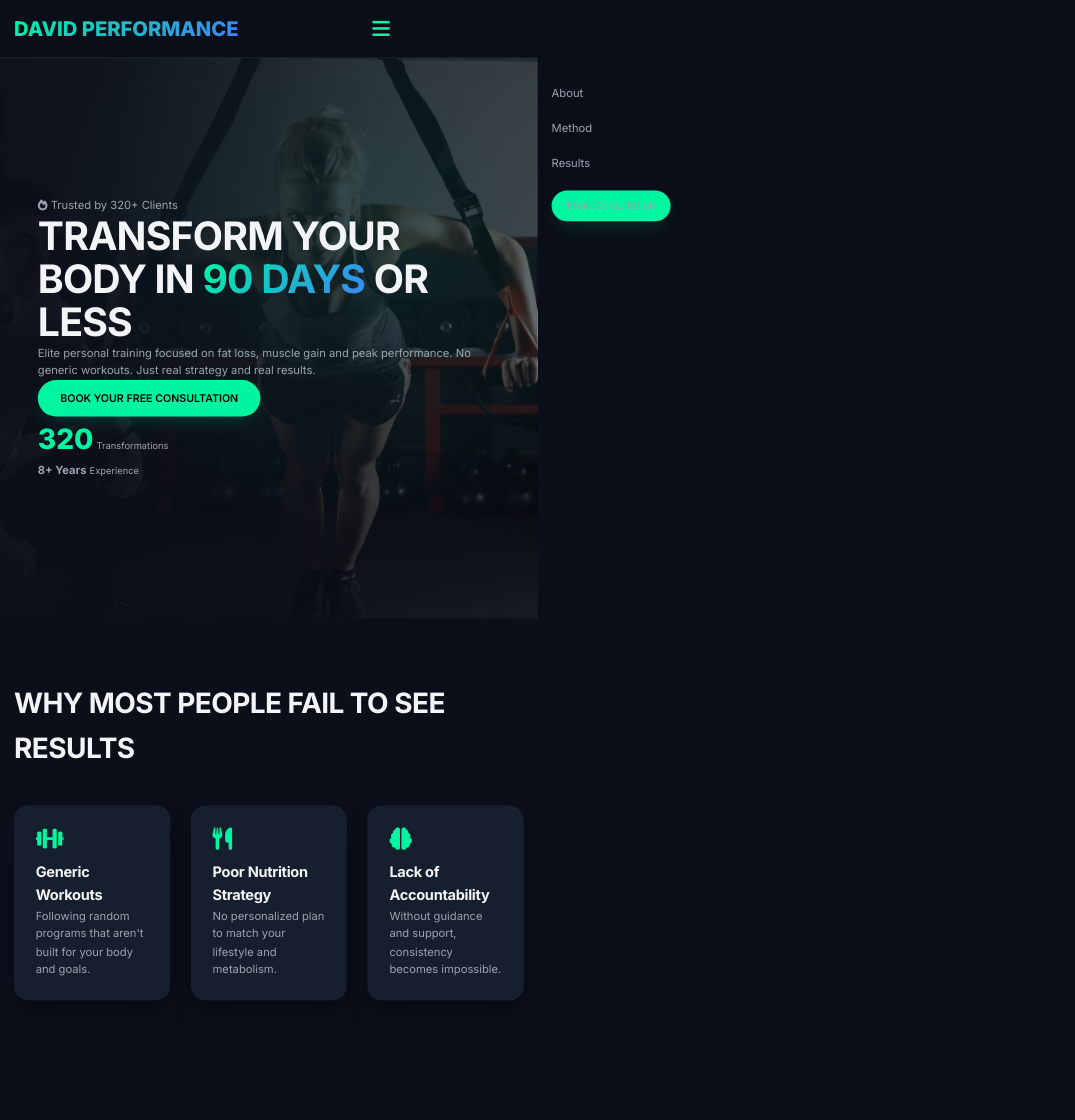
Repository: davidfsillva/Landing-page-pro
Page: index.html
An editor plug-in stored every save of this project. The page is shown before and after the next save, followed by the edit.
The browser window is 768 px wide. The page is 1536 px wide, so the pictures cover 1536 px, including what lies to the right of the window. The pictures show the part of the page from y = 0 to 1600 px (the page is 3935 px tall), at 70% of full size.

Above is the page before, as saved 2026-02-24 20:47:09.

### index.html
<!DOCTYPE html>
<html lang="en">
<head>
    <!-- ================= BASIC META ================= -->
    <meta charset="UTF-8">
    <meta name="viewport" content="width=device-width, initial-scale=1.0, maximum-scale=5.0">
    <meta name="robots" content="index, follow">
    <link rel="canonical" href="https://www.davidperformance.com">

    <!-- ================= SEO ================= -->
    <title>David Performance | Elite Personal Trainer</title>
    <meta name="description" content="Elite personal training focused on fat loss, muscle building and peak performance. Customized programs, strategic nutrition and real accountability. Book your free fitness consultation today.">

    <!-- ================= OPEN GRAPH ================= -->
    <meta property="og:title" content="David Performance | Transform Your Body in 90 Days">
    <meta property="og:description" content="Personalized training programs with proven results. Limited spots available.">
    <meta property="og:type" content="website">
    <meta property="og:image" content="https://placehold.co/1200x630/0B1020/00FF99?text=DAVID+PERFORMANCE">
    <meta property="og:url" content="https://www.davidperformance.com">
    <meta name="twitter:card" content="summary_large_image">

    <!-- ================= FONTS ================= -->
    <link rel="preconnect" href="https://fonts.googleapis.com">
    <link href="https://fonts.googleapis.com/css2?family=Inter:wght@300;400;600;700;800&display=swap" rel="stylesheet">

    <!-- Icons -->
    <link rel="stylesheet" href="https://cdnjs.cloudflare.com/ajax/libs/font-awesome/6.0.0-beta3/css/all.min.css">

    <!-- CSS -->
    <link rel="stylesheet" href="style.css">

    <!-- ================= PIXEL / TRACKING ================= -->
    <!-- Add Meta Pixel or Google Tag Manager here -->
</head>

<body>

<header>
    <div class="container header-flex">
        <div class="logo">DAVID PERFORMANCE</div>

        <button class="menu-toggle" id="menuToggle" aria-label="Open Menu">
            <i class="fas fa-bars"></i>
        </button>

        <nav>
            <ul class="nav-menu" id="navMenu">
                <li><a href="#about">About</a></li>
                <li><a href="#method">Method</a></li>
                <li><a href="#results">Results</a></li>
                <li><a href="#contact" class="btn btn-primary" style="padding:10px 22px;">
                    Free Consultation
                </a></li>
            </ul>
        </nav>
    </div>
</header>

<main>

<!-- ================= HERO ================= -->
<section class="hero-nova" id="home">
    <div class="hero-overlay"></div>

    <div class="container hero-content">

        <div class="hero-badge reveal">
            <i class="fas fa-fire"></i>
            Trusted by 320+ Clients
        </div>

        <h1 class="reveal">
            TRANSFORM YOUR BODY IN
            <span class="gradient-text">90 DAYS</span>
            OR LESS
        </h1>

        <p class="reveal">
            Elite personal training focused on fat loss, muscle gain and peak performance.
            No generic workouts. Just real strategy and real results.
        </p>

        <div class="hero-cta reveal">
            <a href="#contact" class="btn btn-primary btn-hero">
                BOOK YOUR FREE CONSULTATION
            </a>
        </div>

        <div class="hero-proof reveal">
            <div class="proof-item">
                <span class="counter-number" data-target="320">0</span>
                <small>Transformations</small>
            </div>

            <div class="proof-divider"></div>

            <div class="proof-item">
                <strong>8+ Years</strong>
                <small>Experience</small>
            </div>
        </div>

    </div>
</section>

<!-- ================= ABOUT ================= -->
<section id="about">
    <div class="container">
        <h2 class="reveal">WHY MOST PEOPLE FAIL TO SEE RESULTS</h2>

        <div class="cards-grid">
            <article class="card reveal">
                <i class="fas fa-dumbbell"></i>
                <h3>Generic Workouts</h3>
                <p>Following random programs that aren't built for your body and goals.</p>
            </article>

            <article class="card reveal">
                <i class="fas fa-utensils"></i>
                <h3>Poor Nutrition Strategy</h3>
                <p>No personalized plan to match your lifestyle and metabolism.</p>
            </article>

            <article class="card reveal">
                <i class="fas fa-brain"></i>
                <h3>Lack of Accountability</h3>
                <p>Without guidance and support, consistency becomes impossible.</p>
            </article>
        </div>
    </div>
</section>

<!-- ================= METHOD ================= -->
<section id="method" class="problema">
    <div class="container">
        <h2 class="reveal">THE DAVID PERFORMANCE METHOD</h2>

        <div class="solucao-item reveal">
            <strong>1. Full Fitness Assessment</strong>
            <p>We evaluate your body composition, strength level and goals.</p>
        </div>

        <div class="solucao-item reveal">
            <strong>2. Fully Customized Training Plan</strong>
            <p>Designed specifically for fat loss, muscle growth or performance.</p>
        </div>

        <div class="solucao-item reveal">
            <strong>3. Strategic Nutrition Guidance</strong>
            <p>Simple, sustainable and effective meal structure.</p>
        </div>

        <div class="solucao-item reveal">
            <strong>4. Weekly Accountability & Support</strong>
            <p>Ongoing tracking and direct communication.</p>
        </div>
    </div>
</section>

<!-- ================= RESULTS ================= -->
<section id="results">
    <div class="container">
        <h2 class="reveal">CLIENT RESULTS</h2>

        <div class="depoimentos-grid">

            <div class="depoimento-card reveal">
                <p>"I lost 28 pounds in 4 months and gained confidence I never had before."</p>
                <div class="autor">— Michael R.</div>
            </div>

            <div class="depoimento-card reveal">
                <p>"Best investment I’ve made for my health. Completely transformed my body."</p>
                <div class="autor">— Sarah T.</div>
            </div>

            <div class="depoimento-card reveal">
                <p>"Structured, professional and motivating. Results speak for themselves."</p>
                <div class="autor">— Daniel K.</div>
            </div>

        </div>
    </div>
</section>

<!-- ================= AUTHORITY ================= -->
<section>
    <div class="container">
        <h2 class="reveal">WHY TRAIN WITH ME?</h2>

        <div class="cards-grid">
            <div class="card reveal">
                <h3>Certified Trainer</h3>
                <p>Professional certification and proven methodology.</p>
            </div>

            <div class="card reveal">
                <h3>Data-Driven Approach</h3>
                <p>Training decisions based on performance metrics.</p>
            </div>

            <div class="card reveal">
                <h3>Real Accountability</h3>
                <p>You won’t do this alone. Structured follow-up every week.</p>
            </div>
        </div>
    </div>
</section>

<!-- ================= CONTACT / CTA ================= -->
<section id="contact" class="cta-final">
    <div class="container">
        <h2 class="reveal">BOOK YOUR FREE FITNESS CONSULTATION</h2>

        <p class="reveal">
            Limited availability each week for personalized coaching.
        </p>

        <form id="leadForm" class="cta-form reveal" novalidate>
            <input type="text" id="name" placeholder="Full Name" required>
            <input type="email" id="email" placeholder="Email Address" required>
            <input type="tel" id="phone" placeholder="Phone Number" required>

            <button type="submit" class="btn btn-primary">
                SCHEDULE MY CONSULTATION
            </button>

            <div id="formFeedback"></div>
        </form>
    </div>
</section>

</main>

<footer>
    <div class="container footer-grid">

        <div>
            <div class="logo" style="-webkit-text-fill-color:white;">DAVID PERFORMANCE</div>
            <p style="margin:16px 0;">
                Elite coaching for serious results.
            </p>
        </div>

        <div>
            <h4>Navigation</h4>
            <a href="#about">About</a>
            <a href="#method">Method</a>
            <a href="#results">Results</a>
        </div>

        <div>
            <h4>Legal</h4>
            <a href="#">Privacy Policy</a>
            <a href="#">Terms of Service</a>
        </div>

        <div>
            <h4>Contact</h4>
            <a href="#"><i class="fab fa-instagram"></i> @davidperformance</a>
            <a href="#"><i class="fab fa-whatsapp"></i> +1 (555) 123-4567</a>
        </div>

    </div>

    <div style="text-align:center; margin-top:40px; color:#4A5578;">
        © 2026 David Performance. All rights reserved.
    </div>
</footer>

<script src="script.js" defer></script>

</body>
</html>

### style.css
/* =======================================================
   RESET
======================================================= */
*,
*::before,
*::after {
    margin: 0;
    padding: 0;
    box-sizing: border-box;
}

:root {

    /* Colors */
    --bg-primary: #0B0F1A;
    --bg-secondary: #111827;
    --bg-card: #161F2E;

    --text-light: #F3F4F6;
    --text-dim: #9CA3AF;

    --accent-primary: #00F5A0;
    --accent-secondary: #3B82F6;
    --accent-glow: rgba(0,245,160,0.25);

    --border-color: #1F2937;

    /* UI */
    --radius: 20px;
    --radius-lg: 28px;

    --shadow-card: 0 20px 40px -15px rgba(0,0,0,0.6);
    --shadow-strong: 0 25px 60px -20px rgba(0,245,160,0.2);

    --transition: all .35s cubic-bezier(.2,.8,.2,1);

    --font: 'Inter', sans-serif;
}

html {
    scroll-behavior: smooth;
}

body {
    font-family: var(--font);
    background: var(--bg-primary);
    color: var(--text-dim);
    line-height: 1.6;
    -webkit-font-smoothing: antialiased;
}

/* =======================================================
   TYPOGRAPHY
======================================================= */
h1, h2, h3, h4 {
    color: var(--text-light);
    font-weight: 700;
    letter-spacing: -0.02em;
}

h1 {
    font-size: 2.6rem;
    line-height: 1.1;
}

h2 {
    font-size: 2rem;
    margin-bottom: 1.2rem;
}

h3 {
    font-size: 1.3rem;
}

p {
    font-size: 1rem;
}

.gradient-text {
    background: linear-gradient(135deg, var(--accent-primary), var(--accent-secondary));
    -webkit-background-clip: text;
    -webkit-text-fill-color: transparent;
}

/* =======================================================
   LAYOUT
======================================================= */
.container {
    width: 100%;
    max-width: 1200px;
    margin: 0 auto;
    padding: 0 20px;
}

section {
    padding: 90px 0;
    position: relative;
}

/* =======================================================
   BUTTONS
======================================================= */
.btn {
    display: inline-flex;
    align-items: center;
    justify-content: center;
    padding: 14px 32px;
    border-radius: 50px;
    font-weight: 600;
    font-size: 0.95rem;
    cursor: pointer;
    transition: var(--transition);
    text-decoration: none;
    border: none;
}

.btn-primary {
    background: var(--accent-primary);
    color: #000;
    box-shadow: 0 10px 30px -10px var(--accent-glow);
}

.btn-primary:hover {
    transform: translateY(-3px) scale(1.04);
    box-shadow: 0 20px 40px -10px var(--accent-glow);
}

.btn-primary:active {
    transform: scale(0.97);
}

.btn-outline {
    background: transparent;
    border: 1px solid var(--accent-primary);
    color: var(--accent-primary);
}

.btn-outline:hover {
    background: rgba(0,245,160,0.1);
}

/* =======================================================
   HEADER
======================================================= */
header {
    position: sticky;
    top: 0;
    z-index: 1000;
    background: rgba(11,15,26,0.85);
    backdrop-filter: blur(12px);
    border-bottom: 1px solid var(--border-color);
    padding: 18px 0;
}

.header-flex {
    display: flex;
    justify-content: space-between;
    align-items: center;
}

.logo {
    font-size: 1.8rem;
    font-weight: 800;
    background: linear-gradient(135deg, var(--accent-primary), var(--accent-secondary));
    -webkit-background-clip: text;
    -webkit-text-fill-color: transparent;
}

.nav-menu {
    display: flex;
    list-style: none;
    gap: 32px;
}

.nav-menu a {
    text-decoration: none;
    color: var(--text-dim);
    font-weight: 500;
    transition: .3s;
}

.nav-menu a:hover {
    color: var(--accent-primary);
}

.menu-toggle {
    display: none;
    font-size: 1.8rem;
    background: none;
    border: none;
    color: var(--accent-primary);
    cursor: pointer;
}

/* =======================================================
   HERO NOVA
======================================================= */
.hero-nova {
    position: relative;
    min-height: 100vh;
    display: flex;
    align-items: center;
    background: url("img/hero.webp") center center / cover no-repeat;
    overflow: hidden;
}

.hero-nova::after {
    content: "";
    position: absolute;
    inset: 0;
    background: radial-gradient(circle at 70% 30%, rgba(0,245,160,0.08), transparent 60%);
}

.hero-overlay {
    position: absolute;
    inset: 0;
    background: linear-gradient(
        90deg,
        rgba(11,15,26,0.95) 20%,
        rgba(11,15,26,0.85) 50%,
        rgba(11,15,26,0.6) 100%
    );
}

.hero-content {
    position: relative;
    z-index: 2;
    max-width: 700px;
}

/* =======================================================
   CARDS (SERVICES / BENEFITS)
======================================================= */
.cards-grid {
    display: grid;
    gap: 30px;
    margin-top: 50px;
}

.card {
    background: var(--bg-card);
    padding: 30px;
    border-radius: var(--radius);
    border: 1px solid var(--border-color);
    box-shadow: var(--shadow-card);
    transition: var(--transition);
}

.card:hover {
    transform: translateY(-8px);
    border-color: var(--accent-primary);
    box-shadow: var(--shadow-strong);
}

.card i {
    font-size: 2rem;
    margin-bottom: 15px;
    color: var(--accent-primary);
}

/* =======================================================
   ABOUT / AUTHORITY
======================================================= */
.about-section {
    background: var(--bg-secondary);
}

.about-grid {
    display: grid;
    gap: 40px;
    align-items: center;
}

.about-image img {
    width: 100%;
    border-radius: var(--radius-lg);
}

/* =======================================================
   TESTIMONIALS
======================================================= */
.testimonials-grid {
    display: grid;
    gap: 30px;
    margin-top: 40px;
}

.testimonial-card {
    background: var(--bg-card);
    padding: 30px;
    border-radius: var(--radius);
    border: 1px solid var(--border-color);
}

.testimonial-card p {
    font-style: italic;
    margin-bottom: 15px;
}

.author {
    font-weight: 600;
    color: var(--accent-primary);
}

/* =======================================================
   TRANSFORMATIONS
======================================================= */
.transformations-grid {
    display: grid;
    gap: 25px;
    margin-top: 40px;
}

.transformations-grid img {
    width: 100%;
    border-radius: var(--radius);
}

/* =======================================================
   CTA SECTION
======================================================= */
.cta-section {
    background: linear-gradient(145deg, #0D1322, #060912);
    text-align: center;
    border-top: 1px solid var(--accent-primary);
}

.cta-form {
    max-width: 500px;
    margin: 40px auto 0;
    display: flex;
    flex-direction: column;
    gap: 18px;
}

.cta-form input,
.cta-form textarea {
    padding: 14px 20px;
    border-radius: 40px;
    border: 1px solid var(--border-color);
    background: #1F2937;
    color: white;
    transition: .3s;
}

.cta-form input:focus,
.cta-form textarea:focus {
    border-color: var(--accent-primary);
    outline: none;
}

/* =======================================================
   FOOTER
======================================================= */
footer {
    background: #05070E;
    padding: 60px 0;
    border-top: 1px solid var(--border-color);
}

.footer-grid {
    display: grid;
    gap: 40px;
}

.footer-grid a {
    text-decoration: none;
    color: var(--text-dim);
    display: block;
    margin: 6px 0;
    transition: .3s;
}

.footer-grid a:hover {
    color: var(--accent-primary);
}

/* =======================================================
   REVEAL ANIMATION
======================================================= */
.reveal {
    opacity: 0;
    transform: translateY(30px);
    transition: opacity .8s ease, transform .8s ease;
}

.reveal.active {
    opacity: 1;
    transform: translateY(0);
}

/* =======================================================
   COUNTER
======================================================= */
.counter-number {
    font-size: 2.5rem;
    font-weight: 800;
    color: var(--accent-primary);
}

/* =======================================================
   RESPONSIVE
======================================================= */
@media (min-width: 768px) {

    h1 { font-size: 3.5rem; }
    h2 { font-size: 2.5rem; }

    .hero-grid {
        grid-template-columns: 1fr 1fr;
        align-items: center;
    }

    .cards-grid {
        grid-template-columns: repeat(3, 1fr);
    }

    .about-grid {
        grid-template-columns: 1fr 1fr;
    }

    .testimonials-grid {
        grid-template-columns: repeat(3, 1fr);
    }

    .transformations-grid {
        grid-template-columns: repeat(3, 1fr);
    }

    .footer-grid {
        grid-template-columns: 2fr 1fr 1fr 1fr;
    }

    .menu-toggle {
        display: none;
    }
}

@media (max-width: 768px) {

    .menu-toggle {
        display: block;
    }

    .nav-menu {
        position: fixed;
        top: 80px;
        right: 0;
        width: 100%;
        flex-direction: column;
        background: rgba(11,15,26,0.98);
        padding: 40px 20px;
        gap: 25px;
        transform: translateX(100%);
        transition: .4s ease;
    }

    .nav-menu.active {
        transform: translateX(0);
    }
}

Loaded but not shown: script.js (183 lines, source omitted)

After the next save:
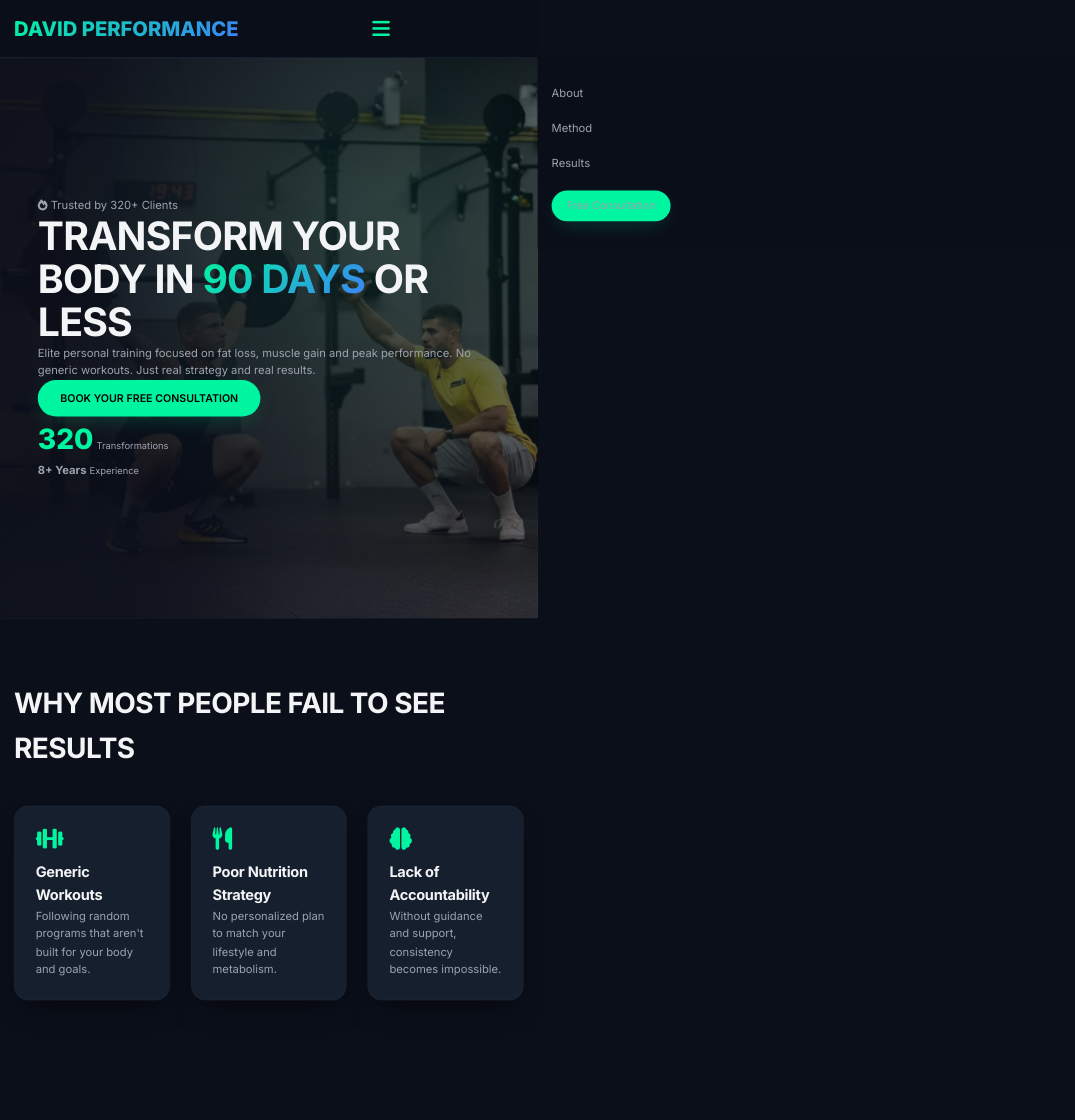
Saved 18 s later.
--- a/style.css
+++ b/style.css
@@ -458,4 +458,11 @@ footer {
     .nav-menu.active {
         transform: translateX(0);
     }
-}
+
+
+@media (max-width: 768px) {
+    .hero-nova {
+        background: url("img/heromobile.webp") center center / cover no-repeat;
+    }
+}
+}
